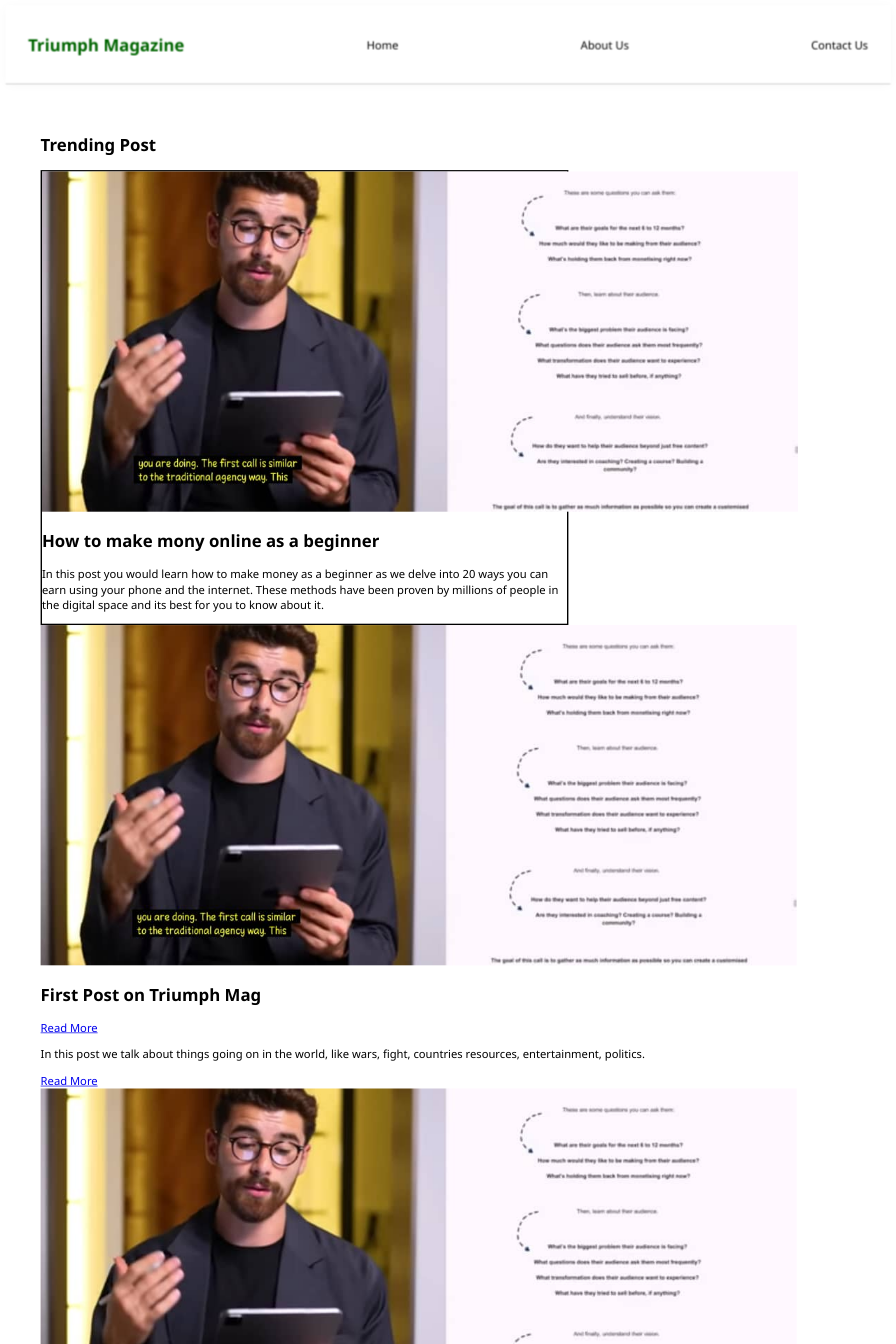
Repository: zikcolle/Triumph-Blog
Page: index.html
The author's editor kept a copy of each file at every save. The page is drawn from the files as they stood at one save, then again after the next save.
The browser window is 1280 px wide. The pictures show the part of the page from y = 0 to 1920 px (the page is 5493 px tall before and 5455 px after), at 70% of full size.

Above is the page before, as saved 2026-06-20 15:39:41.

### index.html
<!DOCTYPE html>
<html lang="en">

<head>
    <meta charset="UTF-8">
    <meta name="viewport" content="width=device-width, initial-scale=1.0">
    <title>Triumph Magazine</title>
    <link rel="stylesheet" href="styles.css">
</head>

<body>
    <header>
        <h2>Triumph Magazine</h2>
            <a href="#">Home</a></li>
            <a href="/about-us">About Us</a>
            <a href="/contact-us">Contact Us</a>
    </header>

    <main>
        <section>
            <div>
                <h2 class="label-post">Trending Post</h2>
            </div>
            <div class="feat-post">
                <img src="simage\postiman.jpeg">
                <h1>How to make mony online as a beginner</h1>
                <p>In this post you would learn how to make money as a beginner as we delve into 20 ways you can earn
                    using your phone and the internet. These methods have been proven by millions of people in the
                    digital space and its best for you to know about it.</p>
            </div>
        </section>

        <section class="post-grid">
            <div class="blog-post">
                <img src="simage\postiman.jpeg">
                <h1>First Post on Triumph Mag</h1><a href="#" class="read-more">Read More</a>
                <p>In this post we talk about things going on in the world, like wars, fight, countries resources,
                    entertainment, politics.</p>
                <a href="#" class="read-more">Read More</a>
            </div>

            <div class="blog-post">
                <img src="simage\postiman.jpeg">
                <h1>Second Post on Triumph Mag</h1>
                <p>In this post we talk about things going on in the world, like wars, fight, countries resources,
                    entertainment, politics.</p>
                <a href="#" class="read-more">Read More</a>
            </div>

            <div class="blog-post">
                <img src="simage\postiman.jpeg">
                <h1>Third Post on Triumph Mag</h1>
                <p>In this post we talk about things going on in the world, like wars, fight, countries resources,
                    entertainment, politics.</p>
                <a href="#" class="read-more">Read More</a>
            </div>

            <div class="blog-post">
                <img src="simage\postiman.jpeg">
                <h1>Fourth Post on Triumph Mag</h1>
                <p>In this post we talk about things going on in the world, like wars, fight, countries resources,
                    entertainment, politics.</p>
                <a href="#" class="read-more">Read More</a>
            </div>

            <div class="blog-post">
                <img src="simage\postiman.jpeg">
                <h1>Fifth Post on Triumph Mag</h1>
                <p>In this post we talk about things going on in the world, like wars, fight, countries resources,
                    entertainment, politics.</p>
                <a href="#" class="read-more">Read More</a>
            </div>

            <div class="blog-post">
                <img src="simage\postiman.jpeg">
                <h1>Sixth Post on Triumph Mag</h1>
                <p>In this post we talk about things going on in the world, like wars, fight, countries resources,
                    entertainment, politics.</p>
                <a href="#" class="read-more">Read More</a>
            </div>

            <div><a href="/blog">View More Posts</a></div>
        </section>

        <section>
            <h2>Related Posts</h2>

            <div class="blog-post">
                <img src="simage\postiman.jpeg">
                <h1><a href="/blog">Sixth Post on Triumph Mag</a></h1>
            </div>
        </section>
    </main>

    <footer>
        <h2>Triumph Magazine</h2>
        <p>© 2026 Triumph Magazine. All rights reserved.</p>
    </footer>

</body>

</html>

### styles.css
body {
    background-color: rgb(255, 255, 255);
    color: rgb(0, 0, 0);
    font-family:'Segoe UI', Tahoma, Geneva, Verdana, sans-serif;
}

header {
    display: flex;
    justify-content: space-between;
    align-items: center;
    margin: 0 auto;
    max-width: 1200px;
    background-color: rgba(255,255,255,0.92);
    border-bottom: 1px solid rgba(0, 0, 0, 0.213);
    backdrop-filter: blur(20px) saturate(180%);
    -webkit-backdrop-filter: blur(20px) saturate(180%);
    box-shadow: 0 1px 0 rgba(0,0,0,0.04), 0 2px 16px rgba(0,0,0,0.04);
    padding: 1.2rem 2rem;
    top: 0;
    z-index: 100;
    color: rgb(0, 101, 0);
}

header a {
    text-decoration: none;
    color: rgb(0, 0, 0);
}

header a:hover {
    text-decoration: none;
    color: rgb(0, 101, 0);
    text-decoration: underline;
}

main {
    padding: 50px;
}
.feat-post {
    background-color: rgb(255, 255, 255);
    border: 2px solid rgb(0, 0, 0);
    max-width: 750px;
}

.feat-post img {
    max-width: 0 auto;
}

After the next save:
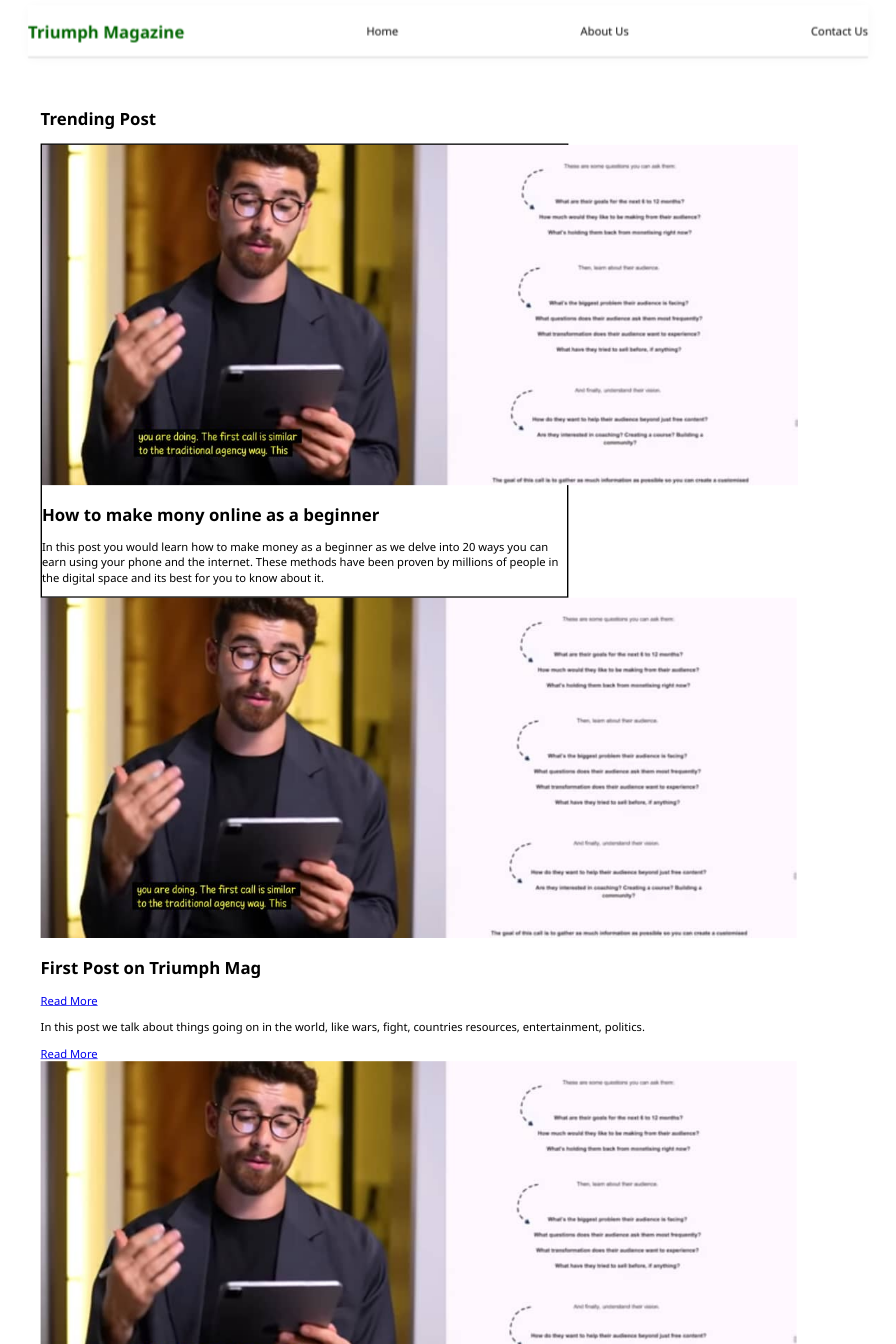
Saved 33 s later.
--- a/styles.css
+++ b/styles.css
@@ -15,7 +15,6 @@ header {
     backdrop-filter: blur(20px) saturate(180%);
     -webkit-backdrop-filter: blur(20px) saturate(180%);
     box-shadow: 0 1px 0 rgba(0,0,0,0.04), 0 2px 16px rgba(0,0,0,0.04);
-    padding: 1.2rem 2rem;
     top: 0;
     z-index: 100;
     color: rgb(0, 101, 0);
